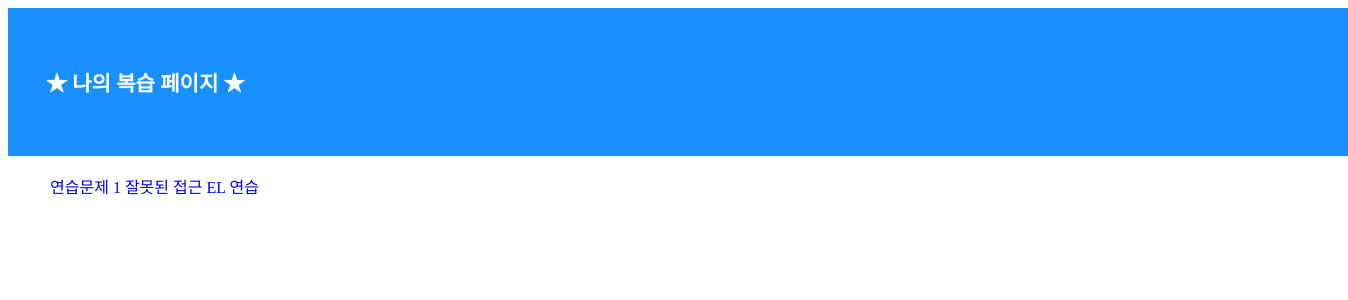
Repository: hailey-516/servlet
Page: 99_Practice/src/main/webapp/index.html
These files come from the project's save history. The page is drawn as it stood at one moment and after the next save; the edit follows.
The browser window is 1280 px wide. The page is 1348 px wide, so the pictures cover 1348 px, including what lies to the right of the window. The pictures show the whole page.

Above is the page before, as saved 2024-08-27 06:41:30.

### 99_Practice/src/main/webapp/index.html
<!DOCTYPE html>
<html>
<head>
<meta charset="UTF-8">
<title>연습용 페이지</title>

<style>
	header { width: 100%; padding: 3%; background-color: #1990ff; color: #fff; font-size: large; }

	nav ul { list-style-type: none; }
	nav ul li { float: left; padding:2px; }
	nav ul li:hover { background-color: #1990ff; color:#fff; border: 1px solid #fff; }
	nav ul li a { text-decoration: none; cursor: pointer; }
</style>
</head>
<body>

	<header>
		<h3>★ 나의 복습 페이지 ★</h3>
	</header>
	<nav>
		<ul>
			<!-- practice1_random.html 파일로 이동하기 -->
			<a href="views/practice1_random.html"><li>연습문제 1</li></a>

			<li><a href="wrongConnection">잘못된 접근</a></li>

			<!-- TODO: PracticeElServlet 서블릿으로 요청 -->
			<li><a href="practice.el">EL 연습</a></li>
		</ul>
	</nav>
</body>
</html>

After the next save:
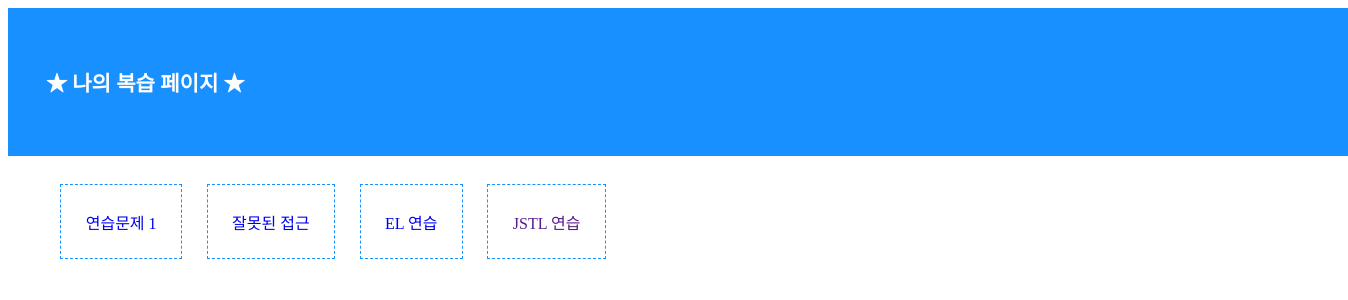
Saved 17 h 26 min later.
--- a/99_Practice/src/main/webapp/index.html
+++ b/99_Practice/src/main/webapp/index.html
@@ -4,12 +4,15 @@
 <meta charset="UTF-8">
 <title>연습용 페이지</title>
 
+<link rel="icon" type="image/x-icon" href="https://img.icons8.com/?size=100&id=V6zmBDTUPL-g&format=png&color=000000">
+
 <style>
 	header { width: 100%; padding: 3%; background-color: #1990ff; color: #fff; font-size: large; }
 
 	nav ul { list-style-type: none; }
-	nav ul li { float: left; padding:2px; }
-	nav ul li:hover { background-color: #1990ff; color:#fff; border: 1px solid #fff; }
+	nav ul li { float: left; padding:2px; border: 1px dashed #1990ff; padding: 2%; margin:1%; }
+	nav ul li:hover { background-color: #1990ff; border: 1px solid #fff; cursor: pointer; }
+	nav ul li:hover, nav ul li:hover a { color: #fff; }
 	nav ul li a { text-decoration: none; cursor: pointer; }
 </style>
 </head>
@@ -20,13 +23,14 @@
 	</header>
 	<nav>
 		<ul>
-			<!-- practice1_random.html 파일로 이동하기 -->
 			<a href="views/practice1_random.html"><li>연습문제 1</li></a>
 
-			<li><a href="wrongConnection">잘못된 접근</a></li>
+			<a href="wrongConnection"><li>잘못된 접근</li></a>
 
-			<!-- TODO: PracticeElServlet 서블릿으로 요청 -->
-			<li><a href="practice.el">EL 연습</a></li>
+			<a href="practice.el"><li>EL 연습</li></a>
+
+			<!-- TODO: JSTL 연습 페이지로 이동 -->
+			<a href=""><li>JSTL 연습</li></a>
 		</ul>
 	</nav>
 </body>
